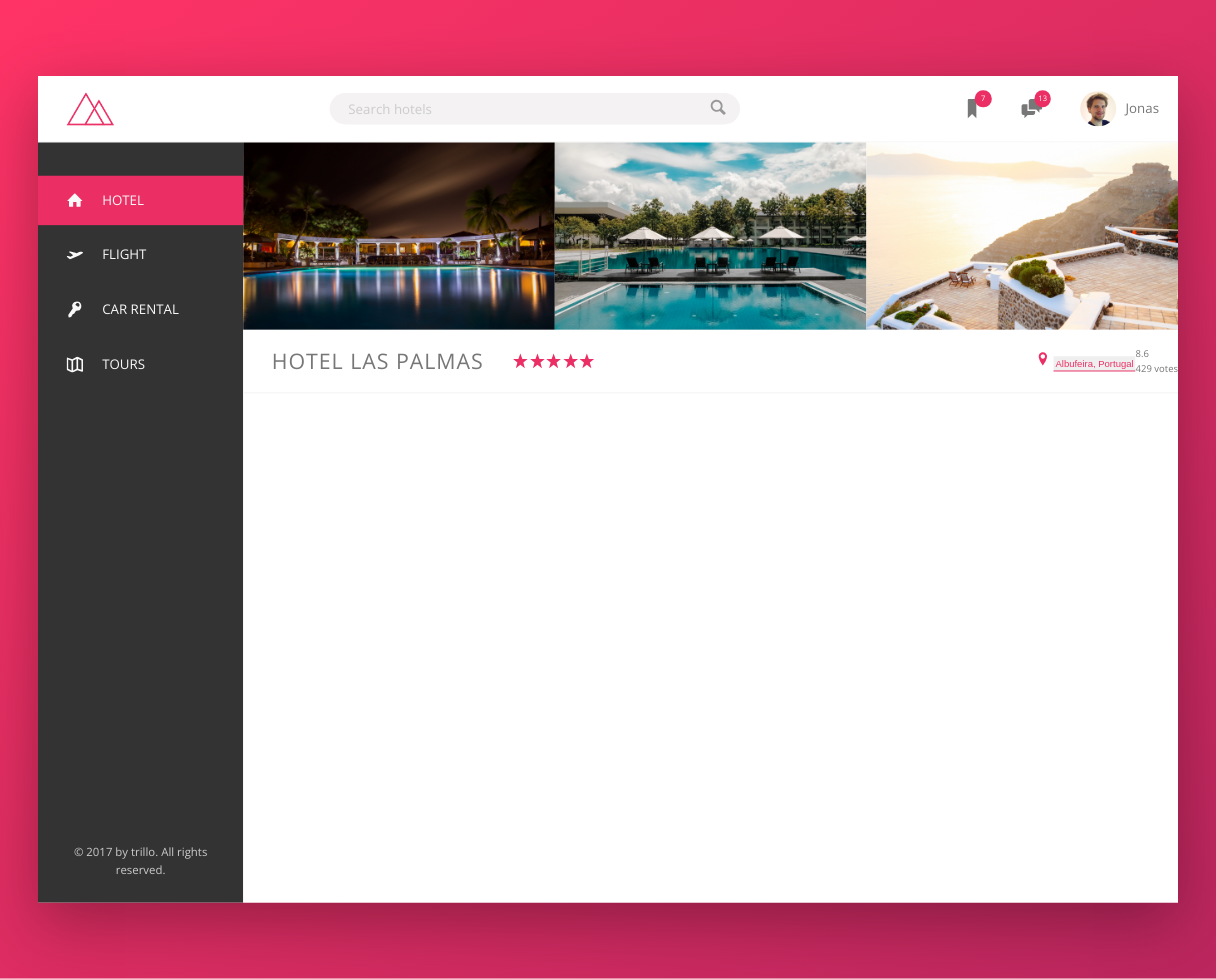
Repository: MalgorzataMazur/Trillo
Page: index.html
These files come from the project's save history. The page is drawn as it stood at one moment and after the next save; the edit follows.
The browser window is 1280 px wide. The pictures show the whole page, at 95% of full size.
The style sheet was rebuilt from its Sass, Less or Tailwind sources for each picture, by a compiler version that may differ from the author's.

Above is the page before, as saved 2020-03-27 15:50:09.

### index.html
<!DOCTYPE html>
<html lang="en">
    <head>
        <meta charset="UTF-8">
        <meta name="viewport" content="width=device-width, initial-scale=1.0">

        <link href="https://fonts.googleapis.com/css?family=Open+Sans:300,400,600" rel="stylesheet">
        <link rel="stylesheet" href="css/style.css">
        <link rel="shortcut icon" type="image/png" href="img/favicon.png">

        <title>trillo &mdash; Your all-in-one booking app</title>
    </head>
    <body>
        <div class="container">
            <header class="header">
                <img src="img/logo.png" alt="trillo logo" class="logo">

                <form action="#" class="search">
                    <input type="text" class="search__input" placeholder="Search hotels">
                    <button class="search__button">
                        <svg class="search__icon">
                            <use xlink:href="img/sprite.svg#icon-magnifying-glass"></use> <!--include svg -->
                        </svg>
                    </button>
                </form>

                <nav class="user-nav">
                    <div class="user-nav__icon-box">
                        <svg class="user-nav__icon">
                            <use xlink:href="img/sprite.svg#icon-bookmark"></use>
                        </svg>
                        <span class="user-nav__notification">7</span>
                    </div>
                    <div class="user-nav__icon-box">
                        <svg class="user-nav__icon">
                            <use xlink:href="img/sprite.svg#icon-chat"></use>
                        </svg>
                        <span class="user-nav__notification">13</span>
                    </div>
                    <div class="user-nav__user">
                        <img src="img/user.jpg" alt="User photo" class="user-nav__user-photo">
                        <span class="user-nav__user-name">Jonas</span>
                    </div>
                </nav>
            </header>
            <div class="content">
                <nav class="sidebar">
                    <ul class="side-nav">
                        <li class="side-nav__item side-nav__item--active">
                            <a href="#" class="side-nav__link">
                                <svg class="side-nav__icon">
                                    <use xlink:href="img/sprite.svg#icon-home"></use>
                                </svg>
                                <span>Hotel</span>
                            </a>
                        </li>
                        <li class="side-nav__item">
                            <a href="#" class="side-nav__link">
                                <svg class="side-nav__icon">
                                    <use xlink:href="img/sprite.svg#icon-aircraft-take-off"></use>
                                </svg>
                                <span>Flight</span>
                            </a>
                        </li>
                        <li class="side-nav__item">
                            <a href="#" class="side-nav__link">
                                <svg class="side-nav__icon">
                                    <use xlink:href="img/sprite.svg#icon-key"></use>
                                </svg>
                                <span>Car rental</span>
                            </a>
                        </li>
                        <li class="side-nav__item">
                            <a href="#" class="side-nav__link">
                                <svg class="side-nav__icon">
                                    <use xlink:href="img/sprite.svg#icon-map"></use>
                                </svg>
                                <span>Tours</span>
                            </a>
                        </li>
                    </ul>

                    <div class="legal">
                        &copy; 2017 by trillo. All rights reserved. <!-- html entity -->
                    </div>
                </nav>
                <main class="hotel-view">
                    <div class="gallery">
                        <figure class="gallery__item">
                            <img src="img/hotel-1.jpg" alt="Photo of hotel 1" class="gallery__photo">
                        </figure>
                        <figure class="gallery__item">
                            <img src="img/hotel-2.jpg" alt="Photo of hotel 2" class="gallery__photo">
                        </figure>
                        <figure class="gallery__item">
                            <img src="img/hotel-3.jpg" alt="Photo of hotel 3" class="gallery__photo">
                        </figure>
                    </div>

                    <div class="overview">
                        <h1 class="overview__heading">
                            Hotel Las Palmas
                        </h1>

                        <div class="overview__stars">
                            <svg class="overview__icon-star">
                                <use xlink:href="img/sprite.svg#icon-star"></use>
                            </svg>
                            <svg class="overview__icon-star">
                                <use xlink:href="img/sprite.svg#icon-star"></use>
                            </svg>
                            <svg class="overview__icon-star">
                                <use xlink:href="img/sprite.svg#icon-star"></use>
                            </svg>
                            <svg class="overview__icon-star">
                                <use xlink:href="img/sprite.svg#icon-star"></use>
                            </svg>
                            <svg class="overview__icon-star">
                                <use xlink:href="img/sprite.svg#icon-star"></use>
                            </svg>
                        </div>

                        <div class="overview__location">
                            <svg class="overview__icon-location">
                                <use xlink:href="img/sprite.svg#icon-location-pin"></use>
                            </svg>
                            <button class="btn-inline">Albufeira, Portugal</button>
                        </div>

                        <div class="overview__rating">
                            <div class="overiew__rating-average">8.6</div>
                            <div class="overview__rating-count">429 votes</div>
                        </div>
                </main>
            </div>

        </div>
    </body>
</html>

### sass/_base.scss
//variable will be avuialable for entire documents here, global parent of elelemnt
:root { //root pseudoclass the same like ktml but higher specifity //css custom proiperties variables I use here define in declaration bloxk remember
    --color-primary: #eb2f64;
    --color-primary-light: #FF3366;
    --color-primary-dark: #BA265D;

    --color-grey-light-1: #faf9f9;
    --color-grey-light-2: #f4f2f2;
    --color-grey-light-3: #f0eeee;
    --color-grey-light-4: #ccc;

    --color-grey-dark-1: #333;
    --color-grey-dark-2: #777;
    --color-grey-dark-3: #999;

    --shadow-dark: 0 2rem 6rem rgba(0,0,0,.3);

}

* { //first global settings *,htm, body
    margin: 0;
    padding: 0;
}

*,
*::before,
*::after {
    box-sizing: inherit;
}

html {
    box-sizing: border-box;
    font-size: 62.5%; //1rem = 10px, 10px/16px = 62.5%
}

body {
    font-family: 'Open Sans', sans-serif;
    font-weight: 400;
    line-height: 1.6;
    color: var(--color-grey-dark-2);
    background-image: linear-gradient(to right bottom, var(--color-primary-light), var(--color-primary-dark)); //gradient from the left top cornet to right bottom corner
    background-size: cover;
    background-repeat: no-repeat; //default is repeat in css

    min-height: 100vh; //min height but if height can be bigger than that will be simply bigger
}

### sass/_layout.scss
.container {
    max-width: 120rem; //container can decrease if hasn't got enough enough space to display our 120rem,;inaczej 1200px i jesli mniej to zajmie 100% szerokosci portu
    margin: 8rem auto;
    background-color: var(--color-grey-light-1);
    box-shadow: var(--shadow-dark);

    min-height: 50rem;
}

.header {
    font-size: 1.4rem;
    height: 7rem;
    background-color: #fff;
    border-bottom: 1px solid var(--color-grey-light-2);

    display: flex; //cause it is parent element
    justify-content: space-between; // divide empty space between 3 elements
    align-items: center; //wzdłuż osi poprzecznej center
}

.content {
    display: flex;
}

.sidebar {
    background-color: var(--color-grey-dark-1);

    flex: 0 0 18%; //don't want to grow & shrink & we want 18% of width; automatic wil be

    display: flex;
    flex-direction: column; //change the direction of the main axis from left to right to top to bottom
    justify-content: space-between;
}

.hotel-view {
    background-color: #fff;
    ////test
    height: 80rem;

    flex: 1; //by using flex 1 element should grow as much as that can; na tyle ile ma przestrzeni
}

### sass/_components.scss
/////////////////////////////////
////LOGO
.logo {
    height: 3.5rem;
    margin-left: 3rem;
}



/////////////////////////////////
////SEARCH
.search {
    flex: 0 0 40%; //grow shrink occupy

    display: flex;//flex item is becoming flex container,; we center loop icon btn
    align-items: center; //center elem along the cross axis
    justify-content: center; //center elem along the main axis

    &__input {
        font-family: inherit;
        font-size: inherit;
        color: inherit;
        background-color: var(--color-grey-light-2);
        border: none;
        border-radius: 100px;
        padding: .7rem 2rem;
        width: 90%;
        transition: all .2s;
        margin-right: -3.25rem; //this way the btn move on top of input

        &:focus {
            outline: none;
            width: 100%;
            background-color: var(--color-grey-light-3);
        }

        &::-webkit-input-placeholder {
            font-weight: 100;
            color: var(--color-grey-light-4);
        }
    }

    &__input:focus + &__button { //sibling, adjust element; the same backgr color
        background-color: var(--color-grey-light-3);
    }

    &__button {
        border: none;
        background-color: var(--color-grey-light-2);

        &:focus {
            outline: none;
        }

        &:active {
            transform: translate(2px);
        }
    }

    &__icon {
        height: 2rem;
        width: 2rem;
        fill: var(--color-grey-dark-3);
}
}



/////////////////////////////////
////USER NAVIGATION
.user-nav {
    align-self: stretch; //żeby one sie rozciagaly, is like align items but for one individual item; ovverite in header align item center

    display: flex; //flex item on the sam etime is flex container
    align-items: center;

    & > * {
        padding: 0 2rem;
        cursor: pointer;
        display: flex;
        height: 100%;
        align-items: center; //when we hoover thy arent on the top; vertical align
   }

    & > *:hover {
        background-color: var(--color-grey-light-2);
    }

    &__icon-box {
        position: relative;
    }

    &__icon {
        height: 2.25rem;
        width: 2.25rem;
        fill: var(--color-grey-dark-2);
    }

    &__notification {
        font-size: .8rem;
        height: 1.75rem;
        width: 1.75rem;
        border-radius: 50%;
        background-color: var(--color-primary);
        color: #fff;
        position: absolute; //parent elememnt is iconbox relative
        top: 1.5rem;
        right: 1.1rem;

        display: flex;
        justify-content: center;
        align-items: center;
    }

    &__user-photo {
        height: 3.75rem;
        border-radius: 50%;
        margin-right: 1rem;
    }
}



/////////////////////////////////
////SIDE NAVIGATION
.side-nav {
    font-size: 1.4rem;
    list-style: none;
    margin-top: 3.5rem;

    &__item {
        position: relative;

        &:not(:last-child) { //all the items except the last one
            margin-bottom: .5rem;
        }
    }

    &__item::before { //line becpmes invisible which then expands to the right side
        content: "";
        position: absolute;
        top: 0;
        left: 0;
        height: 100%;
        width: 3px;
        background-color: var(--color-primary);
        transform: scaleY(0); //normal state without any hover
        transition: transform .2s, //first transform ghappens during .2s & we wait this time .2s until we start transitioning the width .4s
                    width .4s cubic-bezier(1,0,0,1) .2s,
                    background-color .1s; //we can set diffrent settings for diffrent properties. we can have the staged animations where first the transform happens then the width
    }

    &__item:hover::before,
    &__item--active::before {
        transform: scaleY(1); //only occurs Y direction from top to bottom
        width: 100%;
    }

    &__item:active::before {
        background-color: var(--color-primary-light);
    }

    &__link:link,
    &__link:visited {
        color: var(--color-grey-light-1);
        text-decoration: none;
        text-transform: uppercase;
        display: block;
        padding: 1.5rem 3rem;
        position: relative; //on top of the before elem after hover

        display: flex;
        align-items: center; //ikony równo z napisem z listy
    }

    &__icon {
        width: 1.75rem;
        height: 1.75rem;
        margin-right: 2rem;
        fill: currentColor; //means color ofthe current elelemnt or the parent element
    }
}



/////////////////////////////////
////LEGAL TEXT
.legal {
    font-size: 1.2rem;
    color: var(--color-grey-light-4);
    text-align: center;
    padding: 2.5rem;
}



/////////////////////////////////
////SIDE NAVIGATION
.gallery {
    display: flex;

    &__photo {
        width: 100%;
        display: block;
    }
}



/////////////////////////////////
////SIDE NAVIGATION
.overview {
    display: flex; // justify-content: space-between; //evenly distribute all the elements along the main axis
    align-items: center;
    border-bottom: 1px solid var(--color-grey-light-2);

    &__heading {
        font-size: 2.25rem;
        font-weight: 300;
        text-transform: uppercase;
        letter-spacing: 1px;
        padding: 1.5rem 3rem;
    }

    &__stars {
        // flex: 1;
        margin-right: auto; //we created the space without actually stretching out this entire element; element only occypying the space that it needs here
        display: flex;    }

    &__icon-star,
    &__icon-location {
        width: 1.75rem;
        height: 1.75rem;
        fill: var(--color-primary);
    }

    &__location {

    }

    &__rating {

    }

    &__rating-average {

    }

    &__rating-count {

    }
}



/////////////////////////////////
////BUTTON-LINE
.btn-inline {
    border: none;
    color: var(--color-primary);
    font-size: inherit;
    border-bottom: 1px solid currentColor;
    padding: 2px;
    display: inline-block;
    background-clip: transparent;
    cursor: pointer;
    transition: all .2s;

    &:hover {
        color: var(--color-grey-dark-1); //when hover the border becomes the exact same color as the tex
    }

    &:focus {
        outline: none;
        animation: pulsate 1s infinite;
    }
}

@keyframes pulsate {
    0% { //normal state
        transform: scale(1);
        box-shadow: none;
    }

    50% { //scale a little bit
        transform: scale(1.05);
        box-shadow: 0 1rem 4rem rgba(0,0,0,.25);
    }

    100% { //back to the normal
        transform: scale(1);
        box-shadow: none;
    }
}

Loaded but not shown: sass/main.scss (common file)

After the next save:
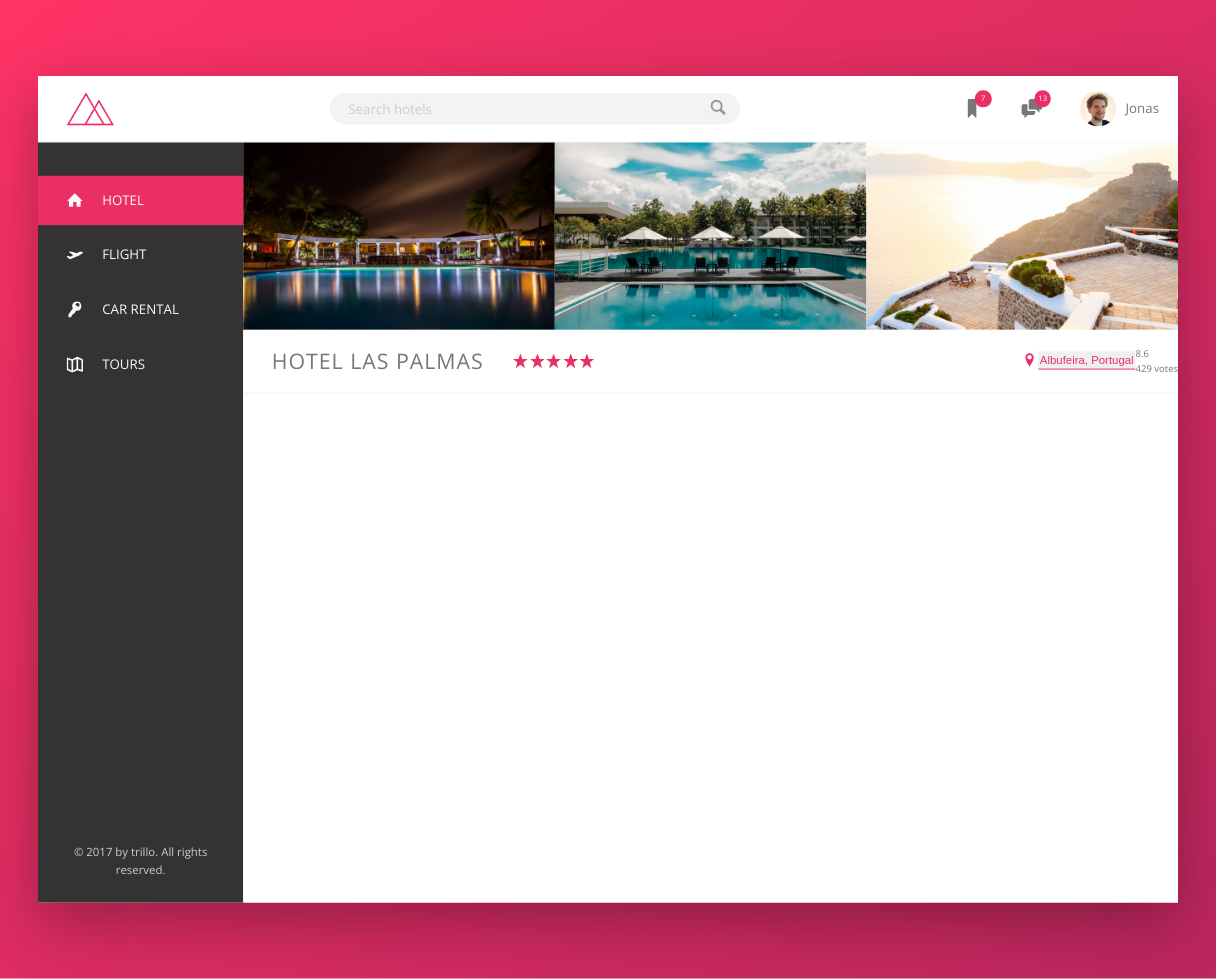
Saved 113 s later.
--- a/sass/_components.scss
+++ b/sass/_components.scss
@@ -235,7 +235,8 @@
     }
 
     &__location {
-
+        font-size: 1.2rem;
+        display: flex;
     }
 
     &__rating {
